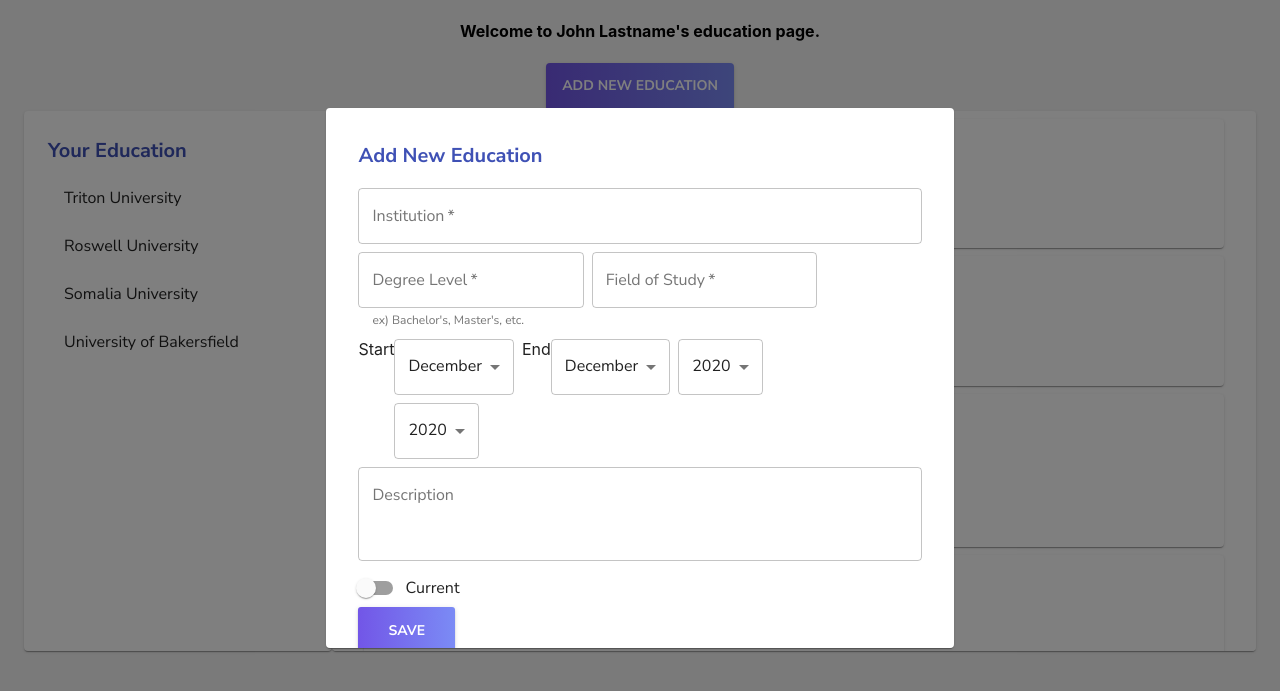
Repository: noellered/Showwcase-React-Challenge
Page: / (app in showwcase-education-react/), after clicking the first element matching `button.MuiButtonBase-root`
The author's editor kept a copy of each file at every save. The page is drawn from the files as they stood at one save, then again after the next save.
The browser window is 1280 px wide. The pictures show the whole page.
The page's requests for data from a server got no answer. An inner scrolling area shows only its first screen. The project was rebuilt for these pictures with package versions that can differ from the ones it lists, and the page was loaded fresh each time. No one was signed in, and anything a server would have sent is missing. Also part of the build but not shown: showwcase-education-react/src/components/Home.tsx.

Above is the page before, as saved 2020-12-17 18:08:23.

After the next save:
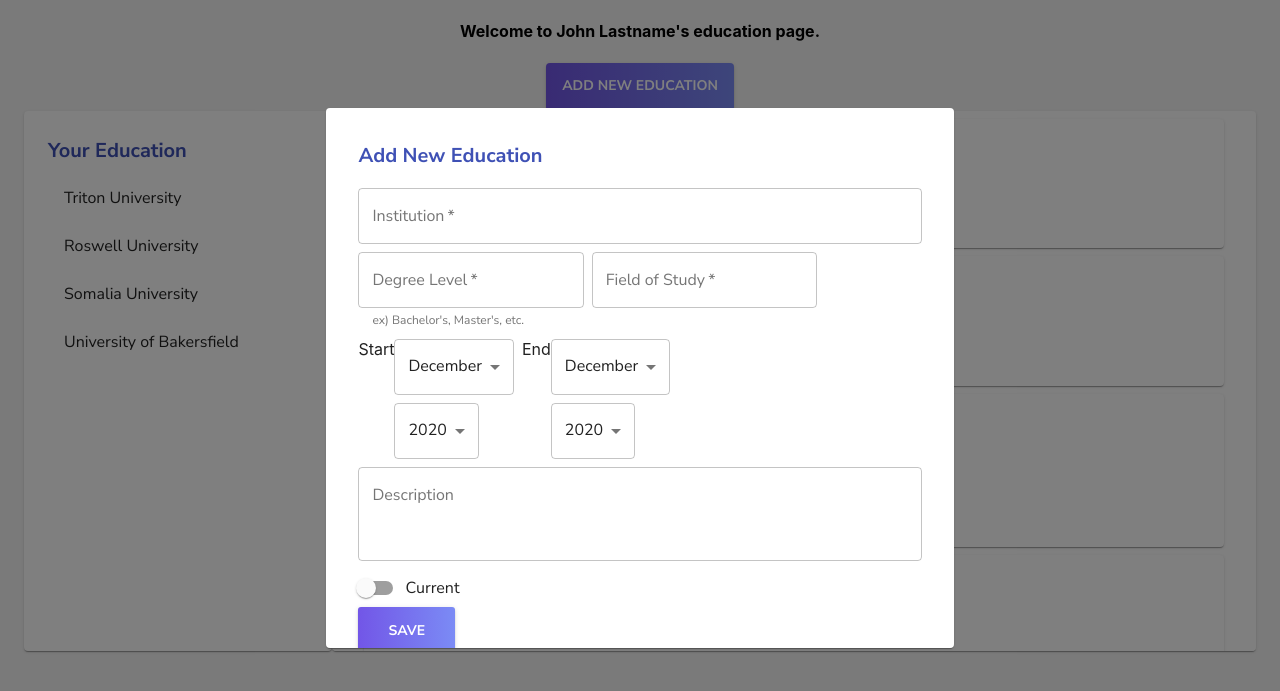
Saved 7 s later.
--- a/showwcase-education-react/src/components/education/EducationModalContent.tsx
+++ b/showwcase-education-react/src/components/education/EducationModalContent.tsx
@@ -181,7 +181,7 @@ const EducationModalContent:FunctionComponent<{handleUpdate: any}>= ({ handleUpd
                         <YearPicker className={`${classes.input} ${classes.mr}`} id="startYear" onChange={(e)=> setStart({...start, year: e.target.value})}/>
                     </div>
                     <span className={classes.label}>End</span>
-                    <div className={classes.inputGroup}>
+                    <div>
                         <MonthPicker className={`${classes.input} ${classes.mr}`} id="endMonth" onChange={(e)=> setEnd({...end, month: e.target.value})}/>
                         <YearPicker className={`${classes.input} ${classes.mr}`} id="endYear" onChange={(e)=> setEnd({...end, year: e.target.value})}/>
                     </div>
